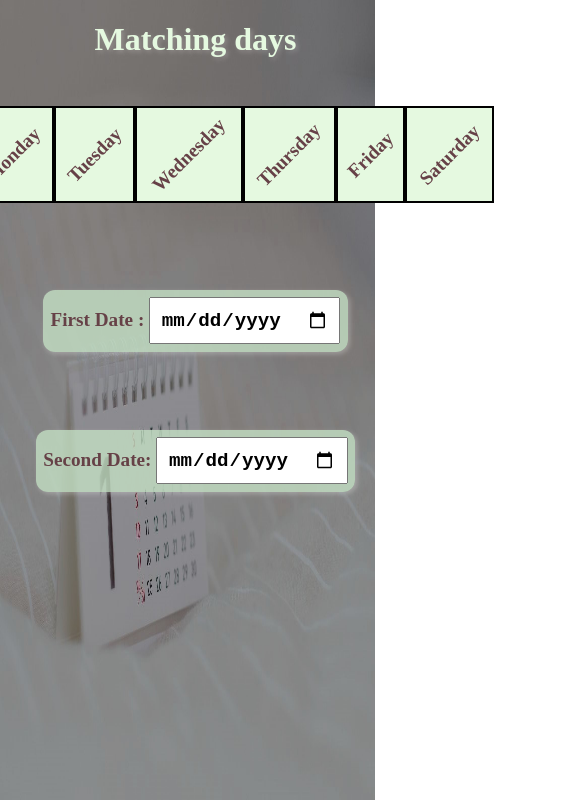
Repository: lasity34/matching-days
Page: index.html
These files come from the project's save history. The page is drawn as it stood at one moment and after the next save; the edit follows.
The browser window is 375 px wide. The page is 563 px wide, then 431 px, so the pictures cover 563 px, including what lies to the right of the window. The pictures show the whole page.
Some web fonts or font styles are not loaded; a fallback is used. Some web libraries are served in a nearby version.

Above is the page before, as saved 2023-05-11 14:00:06.

### index.html
<!DOCTYPE html>
<html lang="en">
<head>
    <meta charset="UTF-8">
    <meta http-equiv="X-UA-Compatible" content="IE=edge">
    <meta name="viewport" content="width=device-width, initial-scale=1.0">
    <title>Matching days</title>
    <link rel="preconnect" href="https://fonts.googleapis.com">
<link rel="preconnect" href="https://fonts.gstatic.com" crossorigin>
<link href="https://fonts.googleapis.com/css2?family=Battambang:wght@300;400;700&display=swap" rel="stylesheet">
    <link rel="stylesheet" href="style.css" >
    <script src="https://cdnjs.cloudflare.com/ajax/libs/handlebars.js/4.0.11/handlebars.min.js"></script>
    <script type="text/x-template" id="days_template">
        {{#each different_days}}
        <div class="day_box {{#if selected}} {{selected}} {{/if}}"><p class="day_text">{{day}}</p></div>
        {{/each}}
    </script>
</head>
<body>

    <h1>Matching days</h1>
    <section class="days_container">

    </section>
    <section class="date_input_container">
        <div class="input_box">

            <label for="first_date">First Date :</label>
            <input type="date" id="first_date" name="first_date" />
        </div>
        <div class="input_box">

            <label for="second_date">Second Date:</label>
            <input type="date" id="second_date" name="second_date"/>
        </div>
    </section>


    <script src="./matching-days-factory.js" charset="utf-8"></script>

        <script src="./matching-days.js" charset="utf-8"></script>


</body>
</html>

### style.css

html {
    font-family: 'Battambang', cursive;
    background: url("./Images/background.jpg") no-repeat  center / 100% 100% fixed ;
    font-weight: 700;
    font-size: 16px;
    color: #664147
}

body {
    width: 100%;
}

h1 {
    text-align: center;
    text-shadow: 2px 2px 5px rgba(227, 223, 223, 0.3);
    color: #E5F9E0;
}
/* days display */
.days_container {
    display: flex;
    justify-content: center;
    margin: 3em auto;
    width: 100%;
}

.day_box {
    border: 2px solid black;
    padding: 1em 0.3em;
    background-color: #E5F9E0
}

.day_text {
    transform: rotate(-45deg);
    font-size: 1.2rem;
}

/* dates input */


.date_input_container {
    display: flex;
    flex-direction: column;
    align-items: center;
    justify-content: space-around;
    height: 35vh;
    font-size: 1.2rem;
}

input {
    font-size: 1.2rem;
    font-weight: 700;
    padding: 0.5em;
}

.input_box {
    background-color: rgba(196, 223, 196, 0.8);
    box-shadow: 2px 2px 5px rgba(245, 243, 243, 0.3);
    border-radius: 12px;
    padding: 0.4em;
}

.day1 {
    background-color: rgb(228, 65, 198);
}

.day2 {
    background-color: rgb(86, 97, 224);
}

.same_day {
    background-color: green;
}

### matching-days.js
const first_date_input = document.querySelector("#first_date");
const second_date_input = document.querySelector("#second_date");
const days_data_display = document.querySelector(".days_container");
const change_date = document.querySelector(".input_box");
const daysOfWeek = [
  "Sunday",
  "Monday",
  "Tuesday",
  "Wednesday",
  "Thursday",
  "Friday",
  "Saturday",
];

function get_day_class(dateValue) {
  const date = new Date(dateValue);
  const dayOfWeek = daysOfWeek[date.getDay()];

  return dayOfWeek;
}

function daysTemplate() {
  const template_source = document.querySelector("#days_template").innerHTML;
  const days_template = Handlebars.compile(template_source);
  const days_data_display = document.querySelector(".days_container");

  const daysData = {
    different_days: daysOfWeek.map((day) => {
      let selectedClass = "";
      if (
        day === get_day_class(first_date_input.value) &&
        day === get_day_class(second_date_input.value)
      ) {
        selectedClass = "same_day";
      } else if (day === get_day_class(first_date_input.value)) {
        selectedClass = "day1";
      } else if (day === get_day_class(second_date_input.value)) {
        selectedClass = "day2";
      }

      return { day, selected: selectedClass };
    }),
  };

  const daysDataHTML = days_template(daysData);
  days_data_display.innerHTML = daysDataHTML;
}

document.addEventListener("DOMContentLoaded", function () {
  daysTemplate();
});

first_date_input.addEventListener("change", daysTemplate);
second_date_input.addEventListener("change", daysTemplate);

Loaded but not shown: matching-days-factory.js (no stored copy; drawn as an empty file)

After the next save:
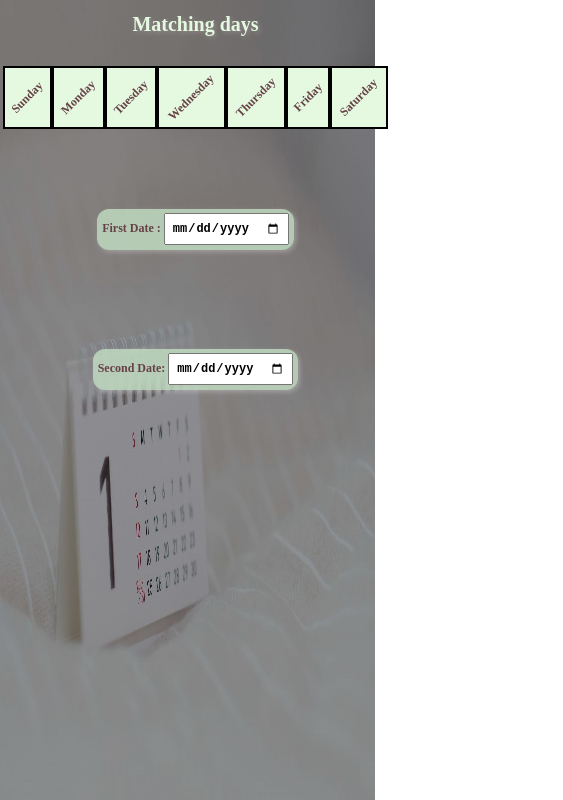
Saved 14 min 29 s later.
--- a/style.css
+++ b/style.css
@@ -71,3 +71,9 @@ input {
 .same_day {
     background-color: green;
 }
+
+@media (max-width: 600px) {
+    html {
+        font-size: 10px;
+    }
+}
